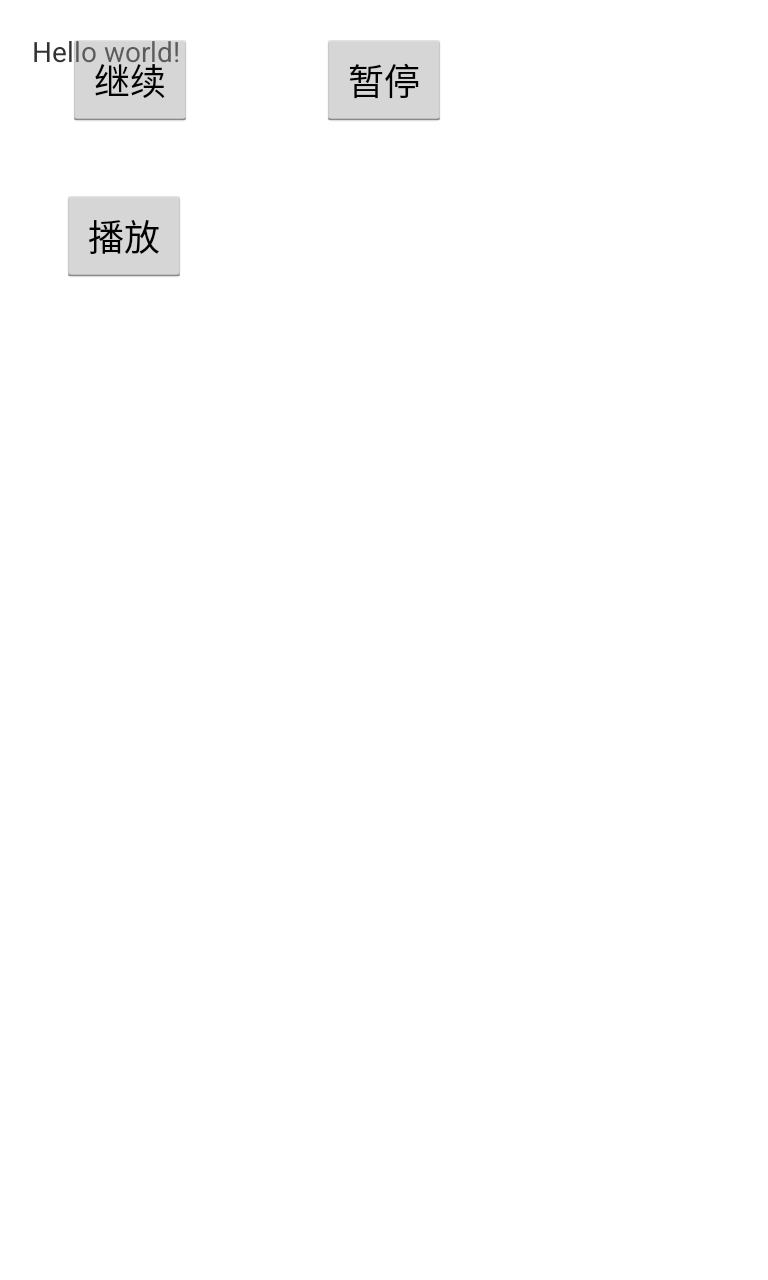
Repository: xfhy/Usually-learn-Android
Layout: Service 服务/7.百度音乐盒/res/layout/activity_main.xml
These files come from the project's save history. The layout is drawn as it stood at one moment and after the next save; the edit follows.
It is drawn on a 768 x 1280 px phone screen (xhdpi) without system bars, with theme AppTheme; the app's code is not run.

Above is the layout before, as saved 2017-01-30 14:29:21.

After the next save:
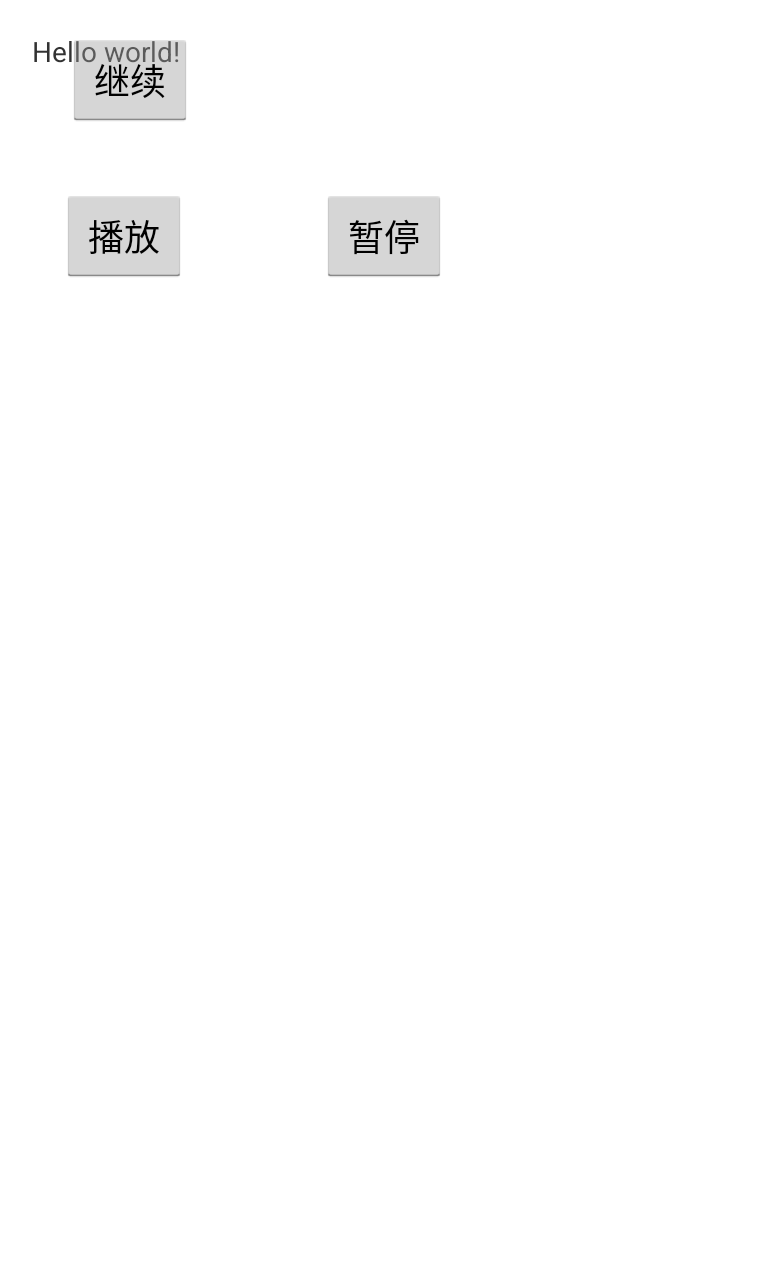
Saved 7 s later.
--- a/Service 服务/7.百度音乐盒/res/layout/activity_main.xml
+++ b/Service 服务/7.百度音乐盒/res/layout/activity_main.xml
@@ -28,7 +28,7 @@
         android:id="@+id/bt_pause"
         android:layout_width="wrap_content"
         android:layout_height="wrap_content"
-        android:layout_alignTop="@+id/button1"
+        android:layout_alignTop="@+id/bt_play"
         android:layout_centerHorizontal="true"
         android:text="暂停" />
 
